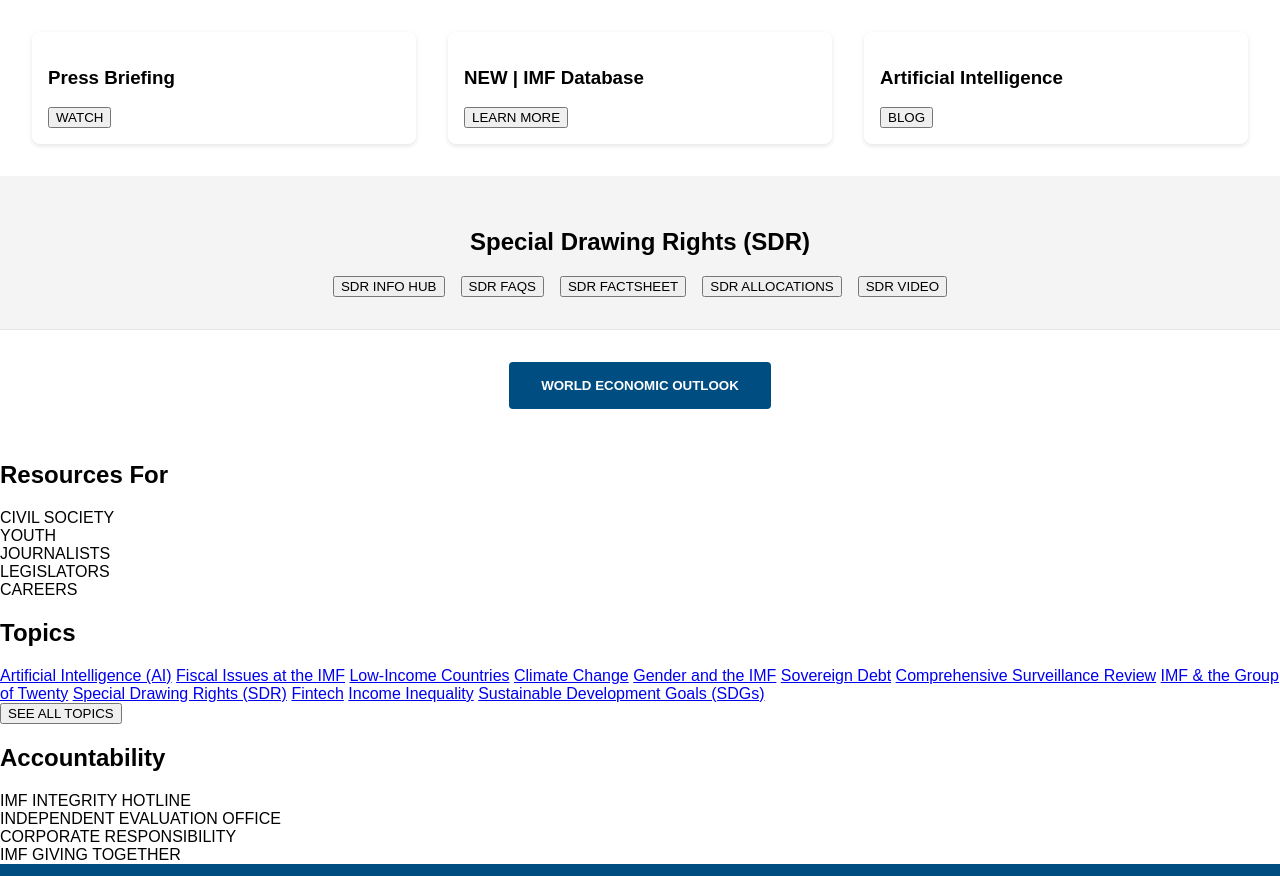
Repository: mdzaj-exe/Mockups
Page: IMF Mockup/index.html
These files come from the project's save history. The page is drawn as it stood at one moment and after the next save; the edit follows.
The browser window is 1280 px wide. The pictures show the part of the page from y = 885 to 1761 px (the page is 2177 px tall before and 2492 px after).
A picture or video elsewhere on the page could not be fetched, so the positions and the page height are approximate.

Above is the page before, as saved 2024-11-22 14:12:04.

After the next save:
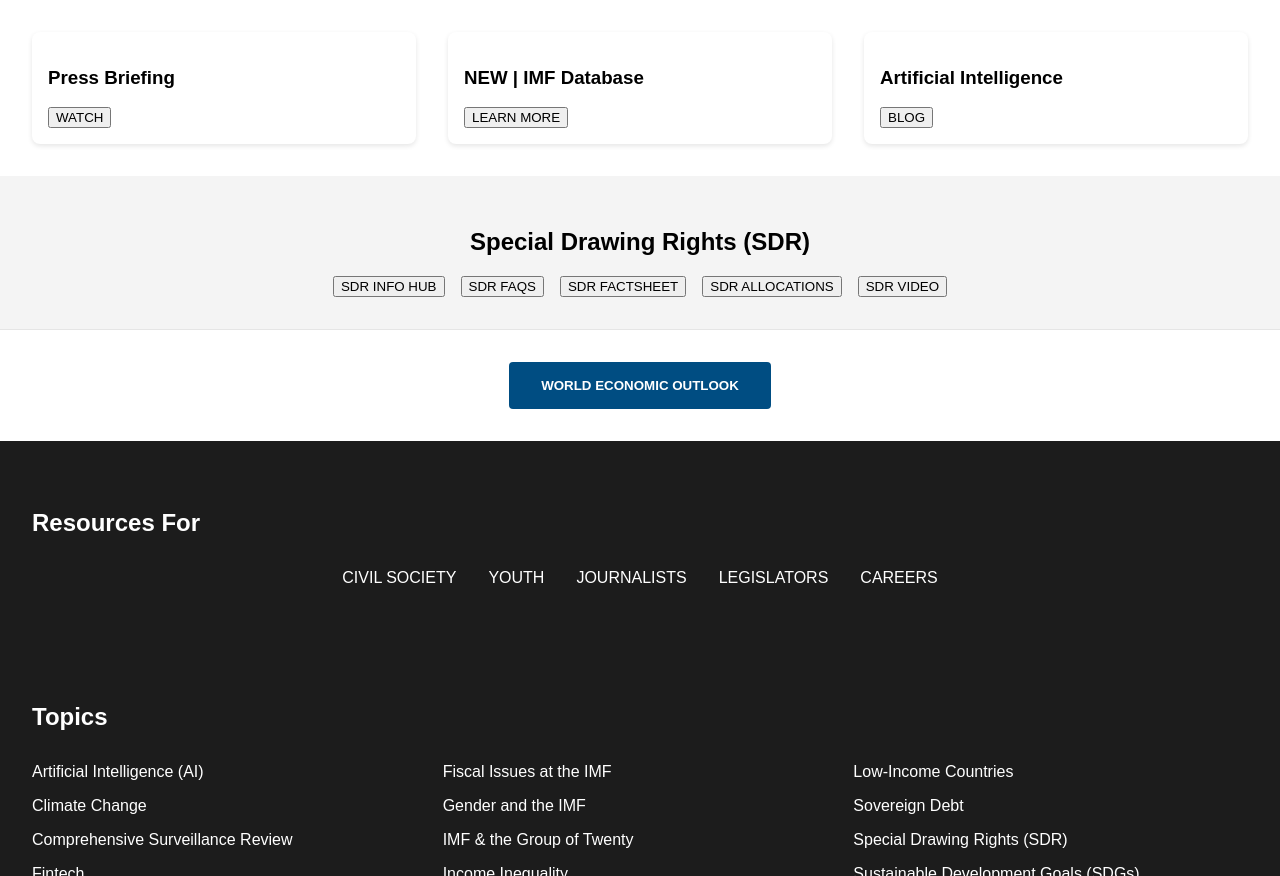
Saved 92 s later.
--- a/IMF Mockup/styles.css
+++ b/IMF Mockup/styles.css
@@ -10,7 +10,6 @@
   font-family: Arial, sans-serif;
 }
 
-/* Header CSS */
 header {
   background: white;
   padding: 1rem;
@@ -77,7 +76,6 @@
   display: block;
 }
 
-/* Hero Section */
 .hero {
   background: linear-gradient(rgba(0, 0, 0, 0.5), rgba(0, 0, 0, 0.5)),
     url("chart-background.jpg");
@@ -89,7 +87,6 @@
   text-align: center;
 }
 
-/* Featured Cards */
 .featured-cards {
   display: grid;
   grid-template-columns: repeat(3, 1fr);
@@ -104,7 +101,6 @@
   box-shadow: 0 2px 5px rgba(0, 0, 0, 0.1);
 }
 
-/* SDR Section */
 .sdr-section {
   background: var(--light-gray);
   padding: 2rem;
@@ -116,7 +112,7 @@
   justify-content: center;
   gap: 1rem;
 }
-/* WEO Button */
+
 .weo-section {
   background: white;
   padding: 2rem;
@@ -139,9 +135,88 @@
   background-color: #003d68;
 }
 
-/* Footer */
+.resources-section,
+.topics-section,
+.accountability-section {
+  padding: 3rem 2rem;
+  background: #1c1c1c;
+  color: white;
+}
+
+.resource-icons,
+.accountability-icons {
+  display: flex;
+  justify-content: center;
+  gap: 2rem;
+  margin-top: 2rem;
+}
+
+.resource-item,
+.accountability-item {
+  display: flex;
+  flex-direction: column;
+  align-items: center;
+  text-align: center;
+}
+
+.topics-grid {
+  display: grid;
+  grid-template-columns: repeat(3, 1fr);
+  gap: 1rem;
+  margin: 2rem 0;
+}
+
+.topics-grid a {
+  color: white;
+  text-decoration: none;
+}
+
+.see-all-topics {
+  background: #0071bc;
+  color: white;
+  border: none;
+  padding: 0.5rem 1rem;
+  cursor: pointer;
+}
+
 footer {
-  background: var(--dark-blue);
-  color: white;
-  padding: 2rem;
-}
+  background: #1c1c1c;
+  color: white;
+  padding: 0;
+}
+
+.footer-main {
+  display: flex;
+  padding: 2rem;
+  border-bottom: 1px solid #333;
+}
+
+.footer-links {
+  display: flex;
+  justify-content: space-around;
+  flex-grow: 1;
+}
+
+.footer-column {
+  display: flex;
+  flex-direction: column;
+  gap: 0.5rem;
+}
+
+.footer-column a {
+  color: white;
+  text-decoration: none;
+  font-size: 0.9rem;
+}
+
+.footer-bottom {
+  padding: 1rem 2rem;
+  display: flex;
+  justify-content: space-between;
+  align-items: center;
+}
+
+.social-icons {
+  display: flex;
+  gap: 1rem;
+}
